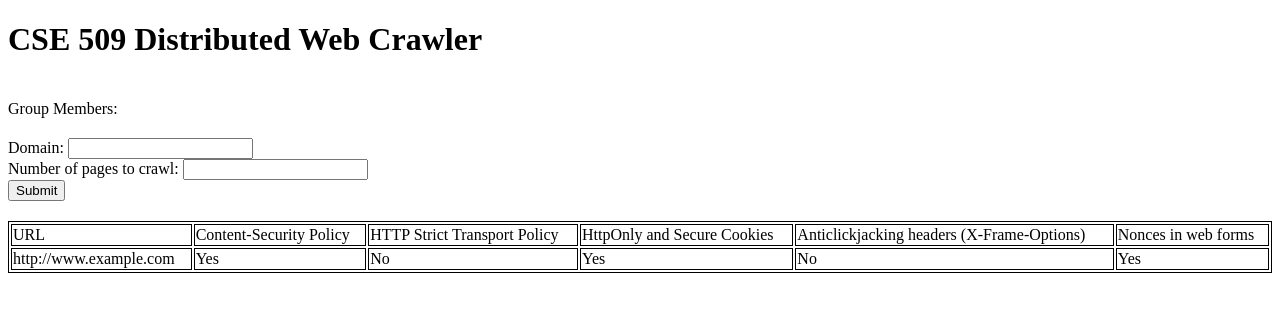
Repository: mfleish3/Crawler
Page: cse509/Crawling/WebContent/index.html
An editor plug-in stored every save of this project. The page is shown before and after the next save, followed by the edit.
The browser window is 1280 px wide. The pictures show the whole page.

Above is the page before, as saved 2015-11-06 05:00:13.

After the next save:
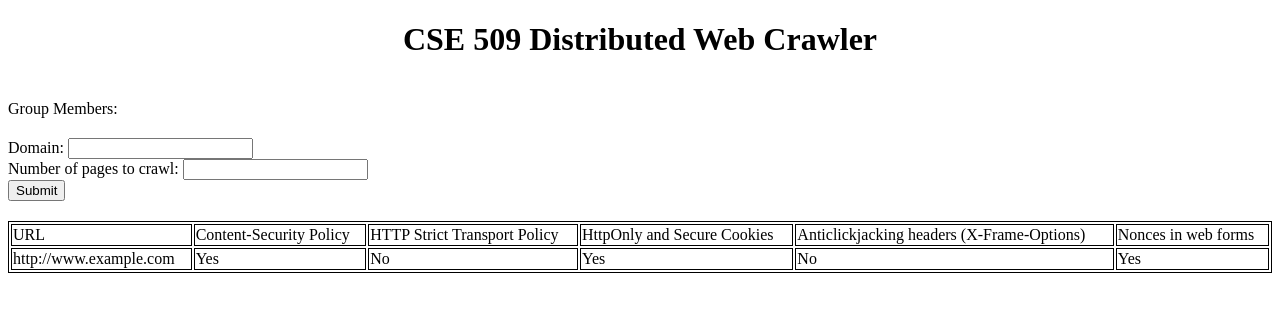
Saved 13 s later.
--- a/cse509/Crawling/WebContent/style/index.css
+++ b/cse509/Crawling/WebContent/style/index.css
@@ -19,6 +19,6 @@ td {
 	padding-top: 20px;
 }
 
-#headerProject {
-
+#divProjectHeader {
+	text-align: center;
 }
